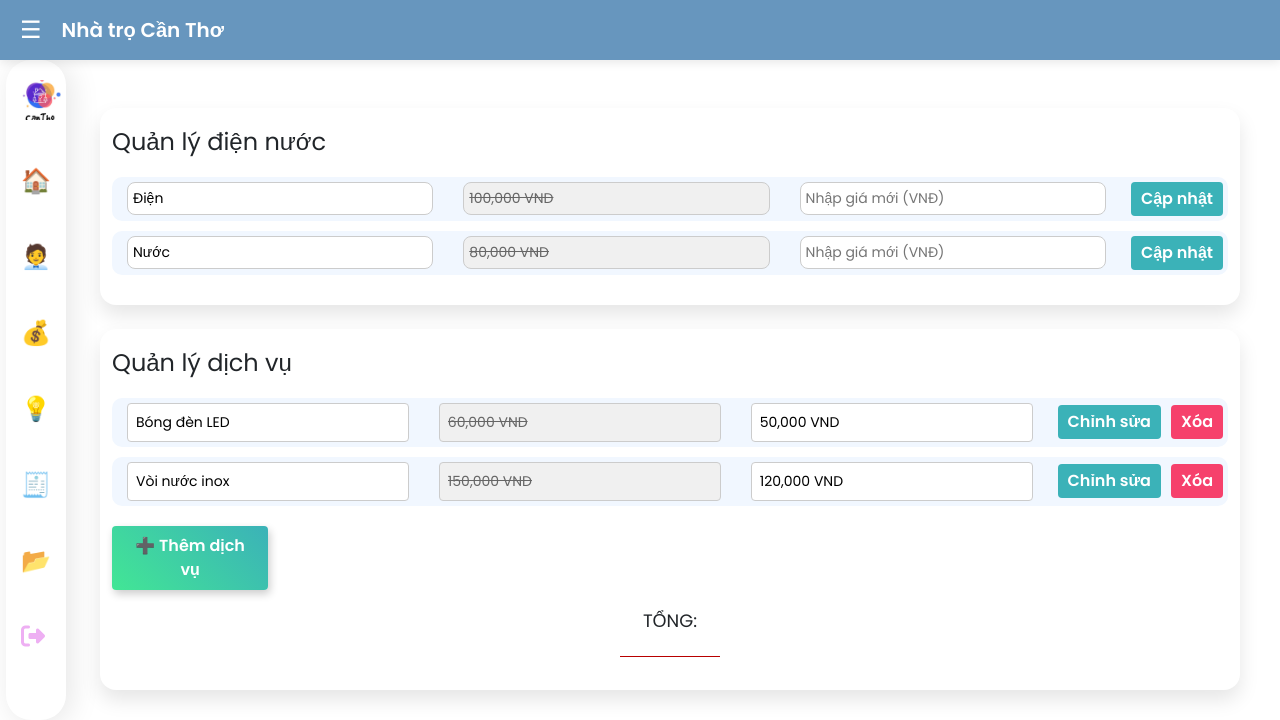
Repository: nhutty0402/DoAn02
Page: HTML/dichvu.html
These files come from the project's save history. The page is drawn as it stood at one moment and after the next save; the edit follows.
The browser window is 1280 px wide. The pictures show the whole page.

Above is the page before, as saved 2025-03-20 23:44:08.

### HTML/dichvu.html
<!DOCTYPE html>
<html>
<head>
    <meta charset="utf-8">
    <meta http-equiv="X-UA-Compatible" content="IE=edge">
    <title></title>
    <meta name="description" content="">
    <meta name="viewport" content="width=device-width, initial-scale=1">
    <link rel="stylesheet" href="../css/dichvu.css">

    <!-- CSS -->
    <link href="https://cdn.jsdelivr.net/npm/bootstrap@5.3.3/dist/css/bootstrap.min.css" rel="stylesheet" integrity="sha384-QWTKZyjpPEjISv5WaRU9OFeRpok6YctnYmDr5pNlyT2bRjXh0JMhjY6hW+ALEwIH" crossorigin="anonymous">
    <link href="https://fonts.googleapis.com/css2?family=Poppins:wght@300;400;600&display=swap" rel="stylesheet">
    <link rel="stylesheet" href="https://cdnjs.cloudflare.com/ajax/libs/font-awesome/6.4.2/css/all.min.css">

    <!-- JS -->
    <script src="https://cdnjs.cloudflare.com/ajax/libs/jquery/3.7.1/jquery.min.js" integrity="sha512-v2CJ7UaYy4JwqLDIrZUI/4hqeoQieOmAZNXBeQyjo21dadnwR+8ZaIJVT8EE2iyI61OV8e6M8PP2/4hpQINQ/g==" crossorigin="anonymous" referrerpolicy="no-referrer"></script>
    <script src="https://cdn.jsdelivr.net/npm/@popperjs/core@2.11.8/dist/umd/popper.min.js" integrity="sha384-I7E8VVD/ismYTF4hNIPjVp/Zjvgyol6VFvRkX/vR+Vc4jQkC+hVqc2pM8ODewa9r" crossorigin="anonymous"></script>
    <script src="https://cdn.jsdelivr.net/npm/bootstrap@5.3.3/dist/js/bootstrap.min.js" integrity="sha384-0pUGZvbkm6XF6gxjEnlmuGrJXVbNuzT9qBBavbLwCsOGabYfZo0T0to5eqruptLy" crossorigin="anonymous"></script>
</head>

<body>
    <header class="header">
        <div class="menu-toggle">☰</div>
        <div class="header-title">Nhà trọ Cần Thơ</div>
    </header>

    <div class="sidebar">
        <div class="logo_content">
            <div class="logo">
                <div class="icon">
                    <img src="../imag/moi.jpg" alt="Logo">
                </div>
                <div class="logo_name">Xin chào, admin</div>
            </div>
        </div>
        <ul class="nav_list">
            <li><a href="menu.html"><span class="icon">🏠</span><span class="link_name">Trang chủ</span></a></li>
            <li><a href="Quanlykhachhang.html"><span class="icon">🧑‍💼</span><span class="link_name">Quản lý khách hàng</span></a></li>
            <li><a href="doanhthu.html"><span class="icon">💰</span><span class="link_name">Doanh thu</span></a></li>
            <li><a href="dichvu.html"><span class="icon">💡</span><span class="link_name">Dịch vụ</span></a></li>
            <li><a href="hoadon.html"><span class="icon">🧾</span><span class="link_name">Hóa đơn</span></a></li>
            <li><a href="quanlihopdong.html"><span class="icon">📂</span><span class="link_name">Quản lý hợp đồng</span></a></li>
            <li><a href="dangxuat.html" class="logout-link"><span class="icon"><i class="fas fa-sign-out-alt"></i></span><span class="link_name">Đăng Xuất</span></a></li>
        </ul>
    </div>

    <div class="content flex-grow-1 p-4">
        <div class="topbar d-flex justify-content-between align-items-center mb-4"></div>

        <!-- Quản lý điện nước -->
        <div class="container">
            <div class="cf-title-03">
                <h3>Quản lý điện nước</h3>
            </div>
            <div id="product-list">
                <!-- Sản phẩm mẫu được thêm trực tiếp trong HTML -->
                <div class="product">
                    <input type="text" value="Điện" placeholder="Tên sản phẩm" readonly>
                    <input type="text" value="100,000 VND" placeholder="Giá cũ (VNĐ)" readonly class="old-price">
                    <input type="text" value="" placeholder="Nhập giá mới (VNĐ)" oninput="formatCurrency(this)">
                    <div class="btn-group">
                        <button class="update-btn" onclick="updateProduct(this)">Cập nhật</button>
                    </div>
                </div>
                <div class="product">
                    <input type="text" value="Nước" placeholder="Tên sản phẩm" readonly>
                    <input type="text" value="80,000 VND" placeholder="Giá cũ (VNĐ)" readonly class="old-price">
                    <input type="text" value="" placeholder="Nhập giá mới (VNĐ)" oninput="formatCurrency(this)">
                    <div class="btn-group">
                        <button class="update-btn" onclick="updateProduct(this)">Cập nhật</button>
                    </div>
                </div>
            </div>
        </div><br>

        <!-- Quản lý dịch vụ -->
        <div class="container">
            <div class="cf-title-03">
                <h3>Quản lý dịch vụ</h3>
            </div>
            <div id="service-list">
                <!-- Dịch vụ mẫu được thêm trực tiếp trong HTML -->
                <div class="service">
                    <input type="text" value="Bóng đèn LED" placeholder="Tên sản phẩm" readonly class="product-name">
                    <input type="text" value="60,000 VND" placeholder="Giá cũ (VNĐ)" readonly class="old-price">
                    <input type="text" value="50,000 VND" placeholder="Nhập giá mới (VNĐ)" readonly class="new-price">
                    <div class="btn-group">
                        <button class="update-btn" onclick="updateService(this)">Chỉnh sửa</button>
                        <button class="delete-btn" onclick="deleteService(this)">Xóa</button>
                    </div>
                </div>
                <div class="service">
                    <input type="text" value="Vòi nước inox" placeholder="Tên sản phẩm" readonly class="product-name">
                    <input type="text" value="150,000 VND" placeholder="Giá cũ (VNĐ)" readonly class="old-price">
                    <input type="text" value="120,000 VND" placeholder="Nhập giá mới (VNĐ)" readonly class="new-price">
                    <div class="btn-group">
                        <button class="update-btn" onclick="updateService(this)">Chỉnh sửa</button>
                        <button class="delete-btn" onclick="deleteService(this)">Xóa</button>
                    </div>
                </div>
            </div>
            <button class="add-btn" onclick="addService()">➕ Thêm dịch vụ</button>
            <div class="cf-title-01">
                <h6>TỔNG:</h6>
            </div>
        </div>

    <!-- JavaScript -->
    <script>
        const toggle = document.querySelector('.menu-toggle');
        const sidebar = document.querySelector('.sidebar');
        toggle.addEventListener('click', () => {
            sidebar.classList.toggle('active');
        });

        function formatCurrency(input) {
            let value = input.value.replace(/\D/g, '');
            if (value === '') {
                input.value = '';
                return;
            }
            let number = parseInt(value, 10);
            input.value = number.toLocaleString('vi-VN') + ' VND';
        }

        function addService(name = "", price = "", oldPrice = "") {
            let serviceList = document.getElementById("service-list");
            let serviceDiv = document.createElement("div");
            serviceDiv.classList.add("service");
            serviceDiv.innerHTML = `
                <input type="text" value="${name}" placeholder="Tên sản phẩm">
                <input type="text" value="${oldPrice ? parseInt(oldPrice).toLocaleString('vi-VN') + ' VND' : ''}" placeholder="Giá cũ (VNĐ)" readonly class="old-price">
                <input type="text" value="${price}" placeholder="Nhập giá mới (VNĐ)" oninput="formatCurrency(this)">
                <div class="btn-group">
                    <button class="update-btn" onclick="updateService(this)">Cập nhật</button>
                    <button class="delete-btn" onclick="deleteService(this)">Xóa</button>
                </div>
            `;
            serviceList.appendChild(serviceDiv);
        }

        function updateProduct(button) {
            let productDiv = button.closest(".product");
            let inputs = productDiv.querySelectorAll("input");
            if (button.innerText === "Cập nhật") {
                let name = inputs[0].value.trim();
                let price = inputs[2].value.trim().replace(/\D/g, '');
                if (name === "" || price === "") {
                    alert("Vui lòng nhập đầy đủ thông tin!");
                    return;
                }
                inputs[0].setAttribute("readonly", true);
                inputs[2].setAttribute("readonly", true);
                button.innerText = "Chỉnh sửa";
                button.classList.remove("update-btn");
                button.classList.add("edi-btn");
                alert(`Cập nhật thành công: ${name} - ${inputs[2].value}`);
            } else {
                inputs[0].removeAttribute("readonly");
                inputs[2].removeAttribute("readonly");
                button.innerText = "Cập nhật";
                button.classList.remove("edi-btn");
                button.classList.add("update-btn");
            }
        }

        function updateService(button) {
            let serviceDiv = button.closest(".service");
            let inputs = serviceDiv.querySelectorAll("input");
            if (button.innerText === "Cập nhật") {
                let name = inputs[0].value.trim();
                let price = inputs[2].value.trim().replace(/\D/g, '');
                if (name === "" || price === "") {
                    alert("Vui lòng nhập đầy đủ thông tin!");
                    return;
                }
                inputs[0].setAttribute("readonly", true);
                inputs[2].setAttribute("readonly", true);
                button.innerText = "Chỉnh sửa";
                button.classList.remove("update-btn");
                button.classList.add("edi-btn");
                alert(`Cập nhật thành công: ${name} - ${inputs[2].value}`);
            } else {
                inputs[0].removeAttribute("readonly");
                inputs[2].removeAttribute("readonly");
                button.innerText = "Cập nhật";
                button.classList.remove("edi-btn");
                button.classList.add("update-btn");
            }
        }

        function deleteService(button) {
            if (confirm("Bạn có chắc muốn xóa sản phẩm này?")) {
                button.closest(".service").remove();
            }
        }
    </script>
    <!--Tính tổng-->
    <script>
        // Hàm tính tổng giá mới (chỉ trả về giá trị, không hiển thị)
        function calculateTotal() {
            const newPriceInputs = document.querySelectorAll('.new-price');
            let total = 0;

            newPriceInputs.forEach(input => {
                // Lấy giá trị từ input, loại bỏ " VND" và dấu phẩy
                const priceText = input.value.replace(' VND', '').replace(/,/g, '');
                const price = parseFloat(priceText) || 0; // Chuyển thành số, nếu không hợp lệ thì trả về 0
                total += price;
            });

            return total; // Trả về tổng để sử dụng cho database
        }

        // Hàm thêm dịch vụ mới
        function addService() {
            const serviceList = document.getElementById('service-list');
            const newService = document.createElement('div');
            newService.className = 'service';
            newService.innerHTML = `
                <input type="text" placeholder="Tên sản phẩm" class="product-name">
                <input type="text" placeholder="Giá cũ (VNĐ)" class="old-price">
                <input type="text" placeholder="Nhập giá mới (VNĐ)" class="new-price" oninput="calculateTotal()">
                <div class="btn-group">
                    <button class="update-btn" onclick="updateService(this)">Chỉnh sửa</button>
                    <button class="delete-btn" onclick="deleteService(this)">Xóa</button>
                </div>
            `;
            serviceList.appendChild(newService);
            console.log('Tổng giá mới:', calculateTotal()); // Log tổng để kiểm tra
        }

        // Hàm chỉnh sửa dịch vụ
        function updateService(button) {
            const service = button.closest('.service');
            const inputs = service.querySelectorAll('input');
            const isReadOnly = inputs[0].hasAttribute('readonly');

            if (isReadOnly) {
                // Chuyển sang chế độ chỉnh sửa
                inputs.forEach(input => input.removeAttribute('readonly'));
                button.textContent = 'Lưu';
            } else {
                // Lưu và chuyển về chế độ readonly
                inputs.forEach(input => input.setAttribute('readonly', true));
                button.textContent = 'Chỉnh sửa';
                console.log('Tổng giá mới:', calculateTotal()); // Log tổng để kiểm tra
            }
        }

        // Hàm xóa dịch vụ
        function deleteService(button) {
            const service = button.closest('.service');
            service.remove();
            console.log('Tổng giá mới:', calculateTotal()); // Log tổng để kiểm tra
        }

        // Log tổng ban đầu khi trang được tải
        window.onload = function() {
            console.log('Tổng giá ban đầu:', calculateTotal());
        };
    </script>
</body>
</html>

### CSS/dichvu.css
/* Reset cơ bản */
* {
  margin: 0;
  padding: 0;
  box-sizing: border-box;
  font-family: 'Poppins', sans-serif;
}

/* Thiết lập body */
body {
  min-height: 100vh;
  background: #e7e7e7;
  display: flex;
  flex-direction: column;
}

/* Header ngang */
.header {
  width: 100%;
  height: 60px;
  background: #6796be;
  color: white;
  display: flex;
  align-items: center;
  padding: 0 20px;
  box-shadow: 0 2px 10px rgba(0, 0, 0, 0.1);
  position: fixed;
  top: 0;
  z-index: 1000;
}

.menu-toggle {
  font-size: 24px;
  cursor: pointer;
  margin-right: 20px;
}

.header-title {
  font-size: 20px;
  font-weight: 600;
}

/* Sidebar dọc */
.sidebar {
  position: fixed;
  top: 60px;
  left: 0;
  height: calc(100% - 60px);
  width: 60px;
  background: #fff;
  margin-left: 6px;
  padding: 10px 5px;
  transition: width 0.3s ease;
  box-shadow: 5px 3px 30px rgba(0, 0, 0, 0.1);
  border-radius: 25px;
  z-index: 900;
}

.sidebar.active {
  width: 240px;
}

.logo_content {
  display: flex;
  align-items: center;
  height: 60px;
  padding: 0 10px;
}

.logo {
  display: flex;
  align-items: center;
  gap: 10px;
}

.logo .icon img {
  width: 40px; /* Kích thước logo nhỏ hơn và đồng đều */
  height: 40px;
  object-fit: cover; /* Đảm bảo ảnh không bị méo */
}

.logo_name {
  font-size: 18px;
  font-weight: 700;
  opacity: 0;
  transition: opacity 0.3s ease;
}

.sidebar.active .logo_name {
  opacity: 1;
}

.nav_list {
  list-style: none;
  padding-left: 0;
  margin-top: 10px;
}

.nav_list li {
  display: flex;
  align-items: center;
  height: 50px; /* Giảm height để khoảng cách đều hơn */
  margin: 26px 0; /* Khoảng cách giữa các mục */
}

.nav_list li a {
  text-decoration: none;
  color: #333;
  display: flex;
  align-items: center;
  width: 100%;
  font-weight: 700;
  padding: 0 10px; /* Khoảng cách bên trong thẻ a */
  transition: font-weight 0.3s ease, transform 0.3s ease; /* Thêm transition cho hiệu ứng */
}
.nav_list li a:hover {
  transform: scale(1.05); /* Phóng to 5% khi hover */
}
.nav_list li .icon {
  font-size: 24px; /* Icon đồng đều kích thước */
  width: 40px; /* Đảm bảo icon căn đều */
  text-align: center;
}

.link_name {
  font-size: 16px;
  opacity: 0;
  transition: opacity 0.3s ease;
}

.sidebar.active .link_name {
  opacity: 1;
}

/* Nội dung chính */
.content {
  margin-top: 60px;
  margin-left: 60px;
  padding: 20px;
  flex-grow: 1;
  transition: margin-left 0.3s ease, width 0.3s ease;
  width: calc(100% - 60px);
  max-width: calc(100vw - 60px);
}

.sidebar.active ~ .content {
  margin-left: 240px;
  width: calc(100% - 240px);
  max-width: calc(100vw - 240px);
}

/* Thanh tìm kiếm */
.search-bar {
  display: flex;
  align-items: center;
  height: 38.5px;
  margin-left: auto;
  background-color: #fff;
  border-radius: 15px;
  padding: 5px;
  box-shadow: 0px 4px 6px rgba(0, 0, 0, 0.2);
  border: 2px solid #5E3582;
}

.search-bar input {
  border: none;
  outline: none;
  padding: 5px 10px;
  border-radius: 5px;
  font-size: 14px;
  width: 90px;
  transition: width 0.3s ease;
}

.search-bar input:focus {
  width: 270px;
}

.search-bar button {
  background-color: #eeaff3;
  border: none;
  color: #1c1919;
  padding: 5px 10px;
  height: 28px;
  border-radius: 10px;
  font-size: 14px;
  cursor: pointer;
  margin-left: 5px;
  transition: background-color 0.3s ease;
}

.search-bar button:hover {
  background-color: #f186f1;
}

/* Button group */
.button-group {
  display: flex;
  gap: 5px;
  padding-left: 10px;
}

.button-group .dathue:hover {
  background: rgb(167, 222, 214);
  color: black;
}

.button-group .phongtrong:hover {
  background: rgb(246, 237, 156);
  color: black;
}

.button-group .hientatca:hover {
  background: rgba(249, 205, 158, 0.952);
  color: black;
}

/* Đăng xuất */
.logout-link {
  display: flex;
  align-items: center;
  text-decoration: none;
  color: #1c1919;
  padding: 10px 15px;
  border-radius: 8px;
  transition: background-color 0.3s ease, transform 0.3s ease;
}
/* Đăng xuất */
.logout-link {
  display: flex;
  align-items: center;
  text-decoration: none;
  color: #1c1919;
  padding: 10px 15px;
  border-radius: 8px;
  transition: background-color 0.3s ease, transform 0.3s ease, font-weight 0.3s ease; /* Thêm transition cho font-weight */
}
.logout-link .icon {
  font-size: 24px; /* Đồng đều với các icon khác */
  width: 40px;
  text-align: center;
  color: #eeaff3;
  transition: transform 0.3s ease;
}

.logout-link .link_name {
  font-size: 16px;
  font-weight: 600;
}

.logout-link:hover {
  background-color: #f6cff3;
  transform: scale(1.05);
}

.logout-link:hover .icon {
  transform: rotate(-20deg);
  color: #d94bd3;
}



/* ====================================================================================================== */
/* ======================================THÂN============================================================= */
/* ========================================================================================================= */

@import url('https://fonts.googleapis.com/css2?family=Poppins:wght@300;400;600&display=swap');

/* body {
    font-family: 'Poppins', sans-serif;
    background: linear-gradient(135deg, #89f7fe, #66a6ff);
    padding: 20px;
    text-align: center;
} */

.container {
    max-width: 600px;
    margin: auto;
    background: white;
    padding: 20px;
    border-radius: 16px;
    box-shadow: 0 10px 20px rgba(0, 0, 0, 0.1);
}

/* h2 {
    color: #333;
    font-weight: 600;
    margin-bottom: 10px;
} */

.product {
    display: flex;
    justify-content: space-between;
    align-items: center;
    padding: 5px;
    border-radius: 10px;
    background: #f1f7ff;
    margin: 10px 0;
    transition: transform 0.1s ease-in-out;
}

.product:hover {
    transform: scale(1.01);
}

.product input {
    flex: 1;
    margin: 0 10px;
    padding: 8px;
    border: 1px solid #ccc;
    border-radius: 8px;
    font-size: 14px;
    transition: all 0.3s;
}

.product input:focus {
    border-color: #007bff;
    outline: none;
    box-shadow: 0 0 5px rgba(0, 123, 255, 0.3);
}

.btn-group {
    display: flex;
    gap: 8px;
}

button {
    border: none;
    cursor: pointer;
    padding: 8px 14px;
    font-size: 14px;
    transition: 0.3s;
    border-radius: 10px;
    font-weight: bold;
}

.update-btn {
    background:  #3bb2b8;
    color: white;
    border-radius: 12px;
}
.update-btn:hover{
  transform: scale(1.05);
}
.edi-btn {
    background:  #f2b876e8;
    color: white;
    border-radius: 12px;
}
.edi-btn:hover{
  transform: scale(1.05);
}
.delete-btn {
    background:  #f6416c;
    color: white;
    border-radius: 12px;
}
.delete-btn:hover{
  transform: scale(1.05);
}
.add-btn {
    width: 14%;
    font-size: 16px;
    padding: 12px;
    color: white;
    background: linear-gradient(45deg, #42e695, #3bb2b8);
    font-weight: bold;
    border-radius: 12px;
    box-shadow: 2px 4px 8px rgba(0, 0, 0, 0.2);
    transition: all 0.3s ease-in-out;
}

.add-btn:hover {
    transform: scale(1.05);
    box-shadow: 4px 6px 12px rgba(0, 0, 0, 0.3);
}
/* ============================================================================================== */
/* ===BẢNG DỊCH VỤ 2============================================================ */
/* =========================================================================================================== */
.service{
  display: flex;
  justify-content: space-between;
  align-items: center;
  padding: 5px;
  border-radius: 10px;
  background: #f1f7ff;
  margin: 10px 0;
  transition: transform 0.1s ease-in-out;
}

.service:hover {
  transform: scale(1.01);
}

.service input {
  flex: 1;
  margin: 0 10px;
  padding: 8px;
  border: 1px solid #ccc;
  border-radius: 8px;
  font-size: 14px;
  transition: all 0.3s;
}

.service input:focus {
  border-color: #007bff;
  outline: none;
  box-shadow: 0 0 5px rgba(0, 123, 255, 0.3);
}
/* ===================================================TỔNG======================================== */




.cf-title-01 h6 {
	text-align:center;
	text-transform:uppercase;
	padding-bottom:5px;
}
/* .cf-title-01 h6:before {
	width:28px;
	height:5px;
	display:block;
	content:"";
	position:absolute;
	bottom:3px;
	left:50%;
	margin-left:-14px;
	background-color:#b80000;
} */
.cf-title-01 h6:after {
	width:100px;
	height:1px;
	display:block;
	content:"";
	position:relative;
	margin-top:25px;
	left:50%;
	margin-left:-50px;
	background-color: #b80000;
}

.container {
  max-width: 800px;
  margin: 20px auto;
  padding: 20px;
}
.product, .service {
  display: flex;
  align-items: center;
  margin: 10px 0;
  gap: 10px;
}
input[type="text"] {
  padding: 5px;
  flex: 1;
}
input[readonly].old-price {
  background-color: #f0f0f0;
  color: #666;
  text-decoration: line-through;
}
.btn-group button {
  margin-left: 5px;
  padding: 5px 10px;
  cursor: pointer;
}
.add-btn {
  padding: 5px 10px;
  margin-top: 10px;
}
/* Tính tổng */
.container {
  max-width: 800px;
  margin: 0 auto;
  padding: 20px;
}

.cf-title-03 h3 {
  font-size: 24px;
  margin-bottom: 20px;
}

.service {
  display: flex;
  align-items: center;
  gap: 10px;
  margin-bottom: 10px;
}

.service input {
  padding: 8px;
  border: 1px solid #ccc;
  border-radius: 4px;
  width: 200px;
}

.btn-group {
  display: flex;
  gap: 5px;
}

.update-btn, .delete-btn, .add-btn {
  padding: 8px 15px;
  border: none;
  border-radius: 4px;
  cursor: pointer;
}



.cf-title-01 h6 {
  font-size: 18px;
  margin-top: 20px;
}

After the next save:
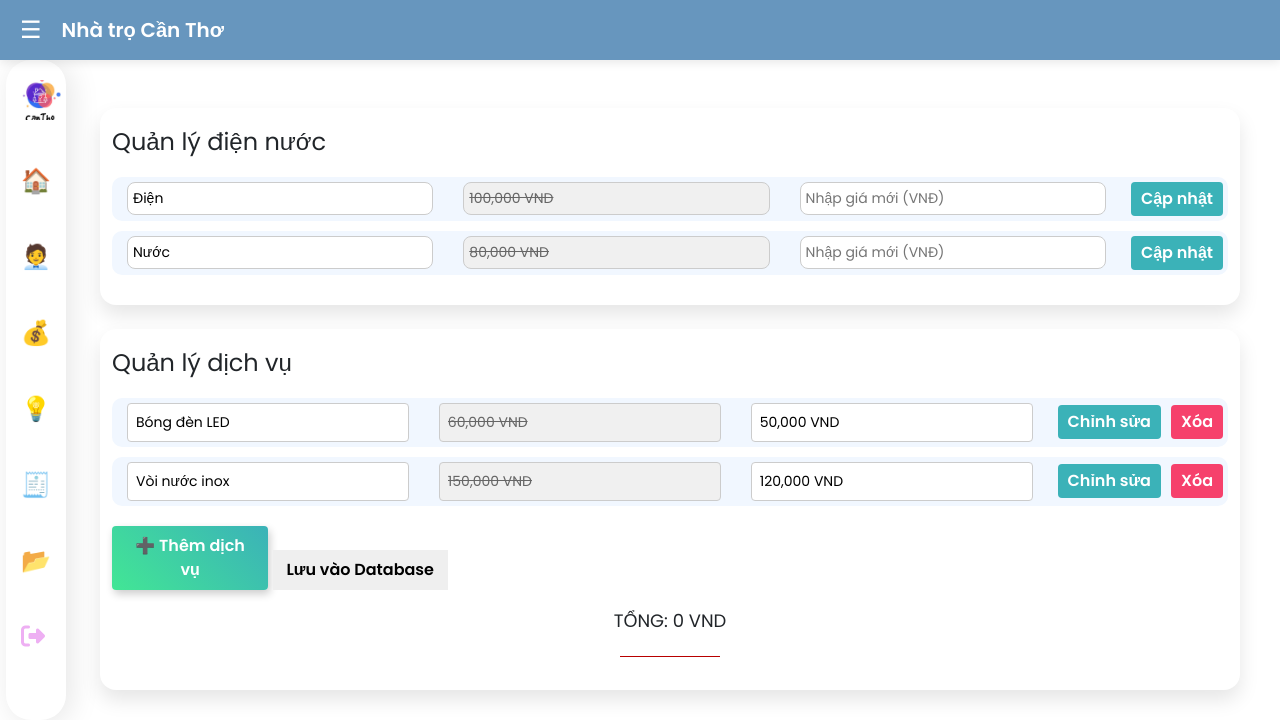
Saved 4 min 27 s later.
--- a/HTML/dichvu.html
+++ b/HTML/dichvu.html
@@ -101,8 +101,9 @@
                 </div>
             </div>
             <button class="add-btn" onclick="addService()">➕ Thêm dịch vụ</button>
+            <button class="save-db-btn" onclick="saveToDatabase()">Lưu vào Database</button>
             <div class="cf-title-01">
-                <h6>TỔNG:</h6>
+                <h6>TỔNG: <span id="total-price">0 VND</span></h6>
             </div>
         </div>
 
